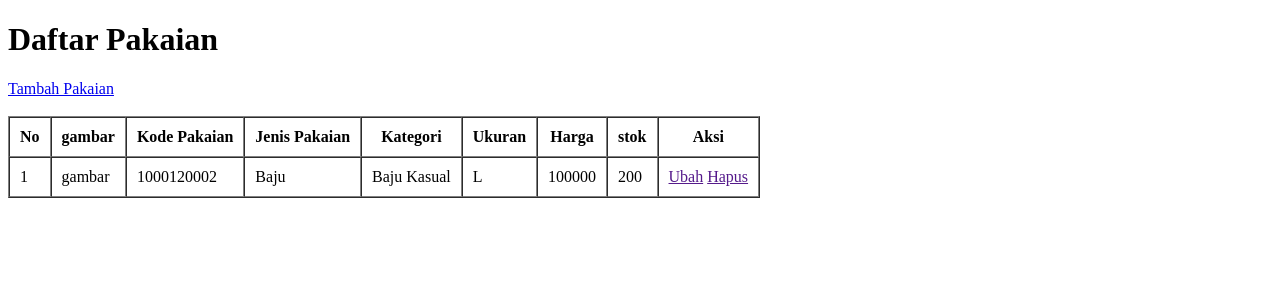
Repository: NovianRI/NovianRI.github.io
Page: http://localhost/
These files come from the project's save history. The page is drawn as it stood at one moment and after the next save; the edit follows.
The browser window is 1280 px wide. The pictures show the whole page.
The page is run by PHP 8.4 with error messages shown; the project is at /var/www/html/.

Above is the page before, as saved 2024-01-16 21:50:35.

After the next save:
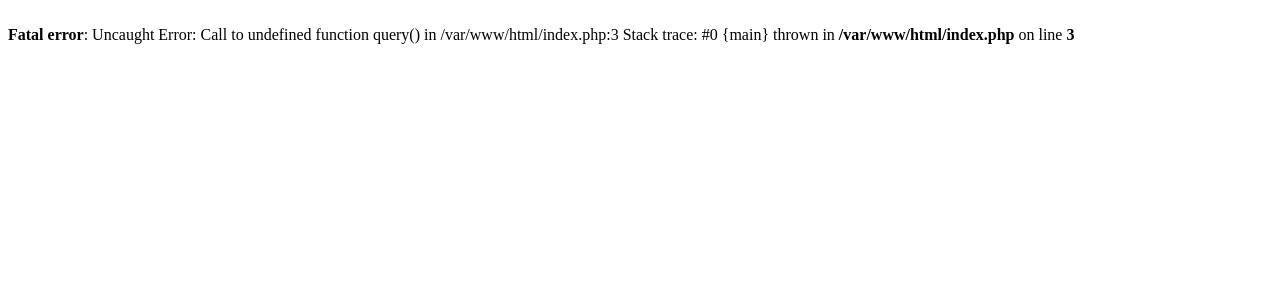
Saved 87 s later.
--- a/index.php
+++ b/index.php
@@ -1,3 +1,11 @@
+<?php
+
+$tokopak = query("SELECT * FROM tokopak");
+
+?>
+
+
+
 <!DOCTYPE html>
 <html lang="en">
 <head>
